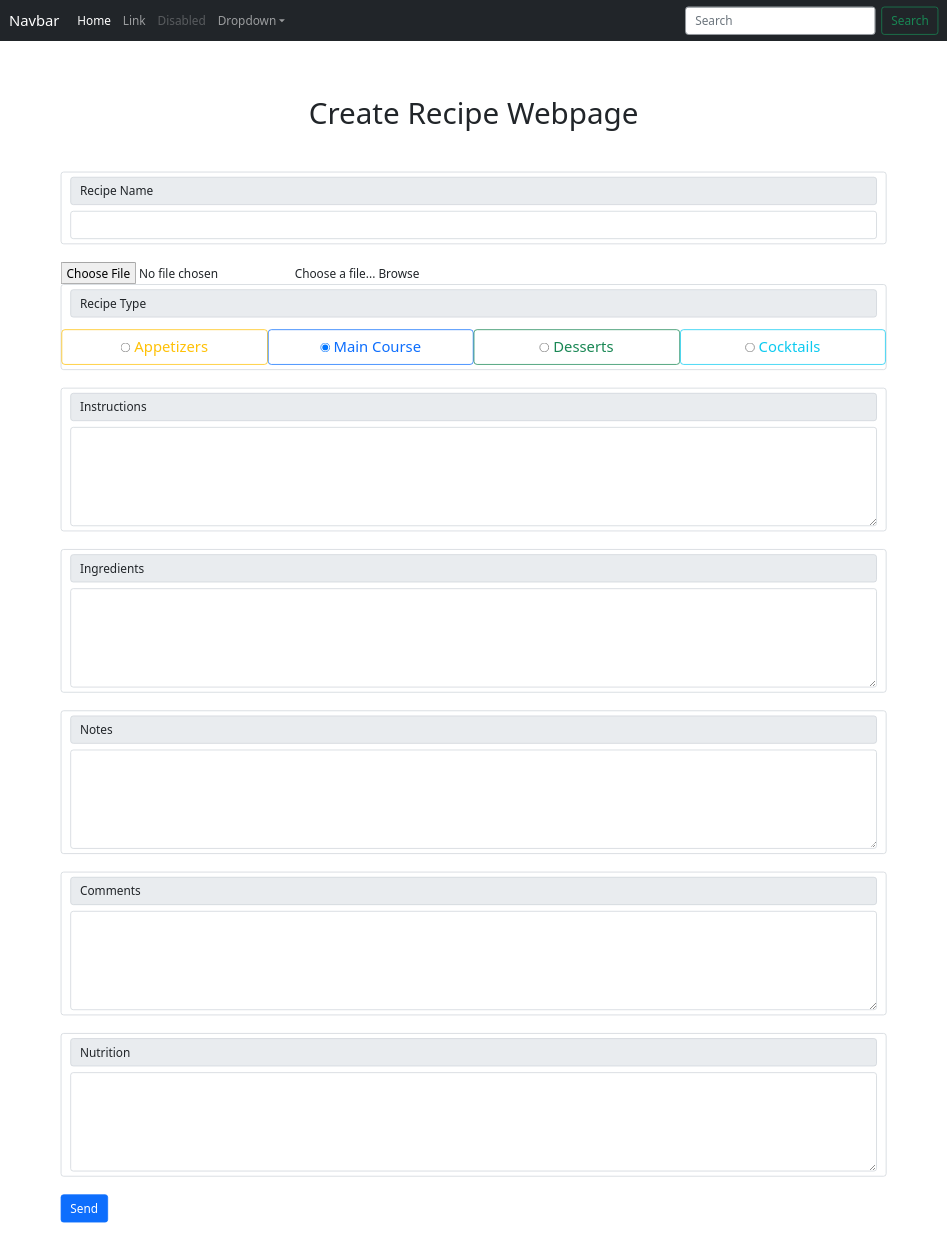
Repository: jerrywthompson/createRecipeWebpageHTML
Page: index.html
An editor plug-in stored every save of this project. The page is shown before and after the next save, followed by the edit.
The browser window is 1280 px wide. The pictures show the whole page, at 74% of full size.

Above is the page before, as saved 2021-02-25 15:37:01.

### index.html
<!doctype html>
<html lang="en">
    <head>
        <meta charset="utf-8">
        <meta name="viewport" content="width=device-width, initial-scale=1">
        <meta name="description" content="">
        <meta name="author" content="Mark Otto, Jacob Thornton, and Bootstrap contributors">
        <meta name="generator" content="Hugo 0.80.0">
        <title>Create Recipe Webpage</title>

        <link rel="stylesheet" href="css/main.css"/>
        <!-- Bootstrap core CSS -->
        <link rel="stylesheet" href="css/bootstrap5/css/bootstrap.min.css" >
        <!-- <link rel="stylesheet" href="css/bootstrap-4.5.3/css/bootstrap.min.css"> -->

        <style>
            .bd-placeholder-img {
                font-size: 1.125rem;
                text-anchor: middle;
                -webkit-user-select: none;
                -moz-user-select: none;
                user-select: none;
            }

            @media (min-width: 768px) {
                .bd-placeholder-img-lg {
                    font-size: 3.5rem;
                }
            }
        </style>

    </head>
    <body>

        <nav class="navbar navbar-expand-md navbar-dark bg-dark fixed-top">
            <div class="container-fluid">
                <a class="navbar-brand" href="#">Navbar</a>
                <button class="navbar-toggler" type="button" data-bs-toggle="collapse" data-bs-target="#navbarsExampleDefault" aria-controls="navbarsExampleDefault" aria-expanded="false" aria-label="Toggle navigation">
                    <span class="navbar-toggler-icon"></span>
                </button>

                <div class="collapse navbar-collapse" id="navbarsExampleDefault">
                    <ul class="navbar-nav me-auto mb-2 mb-md-0">
                        <li class="nav-item">
                            <a class="nav-link active" aria-current="page" href="#">Home</a>
                        </li>
                        <li class="nav-item">
                            <a class="nav-link" href="#">Link</a>
                        </li>
                        <li class="nav-item">
                            <a class="nav-link disabled" href="#" tabindex="-1" aria-disabled="true">Disabled</a>
                        </li>
                        <li class="nav-item dropdown">
                            <a class="nav-link dropdown-toggle" href="#" id="dropdown01" data-bs-toggle="dropdown" aria-expanded="false">Dropdown</a>
                            <ul class="dropdown-menu" aria-labelledby="dropdown01">
                                <li><a class="dropdown-item" href="#">Action</a></li>
                                <li><a class="dropdown-item" href="#">Another action</a></li>
                                <li><a class="dropdown-item" href="#">Something else here</a></li>
                            </ul>
                        </li>
                    </ul>
                    <form class="d-flex">
                        <input class="form-control me-2" type="search" placeholder="Search" aria-label="Search">
                        <button class="btn btn-outline-success" type="submit">Search</button>
                    </form>
                </div>
            </div>
        </nav>
        <div class="starter-template text-center py-5 px-3">
            <h1>Create Recipe Webpage</h1>
        </div>
        <main class="container">
            <div class="input-section">
                <fieldset class="form-group">

                    <form action="main.php" method="post">
                        <div class="form-control mb-4">
                            <div class="input-group-prepend mb-2">
                                <span class="input-group-text" id="inputGroup-sizing-default">Recipe Name</span>
                            </div>
                            <input type="text" name="recipeName" class="form-control" aria-label="Default" aria-describedby="inputGroup-sizing-default">
                        </div>

                        <div class="form-file">
                            <input type="file" class="form-file-input" id="customFile">
                            <label class="form-file-label" for="customFile">
                              <span class="form-file-text">Choose a file...</span>
                              <span class="form-file-button">Browse</span>
                            </label>
                        </div>


                        <div class="form-control mb-4">
                            <div class="input-group-prepend mb-3">
                                <span class="input-group-text" id="inputGroup-sizing-default">Recipe Type</span>
                            </div>
                            <div class="btn-toolbar row ml-2">
                                <label class="btn btn-outline-warning btn-lg col-lg-3">
                                    <input type="radio" name="recipeType" id="appetizers" value="appetizers" autocomplete="off" > Appetizers
                                </label>
                                <label class="btn btn-outline-primary btn-lg col-lg-3">
                                    <input type="radio" name="recipeType" id="main_course" value="main_course" autocomplete="off" checked> Main Course
                                </label>
                                <label class="btn btn-outline-success btn-lg col-lg-3">
                                    <input type="radio" name="recipeType" id="desserts" value="desserts" autocomplete="off"> Desserts
                                </label>
                                <label class="btn btn-outline-info btn-lg col-lg-3">
                                    <input type="radio" name="recipeType" id="cocktails" value="cocktails" autocomplete="off"> Cocktails
                                </label>
                            </div>
                        </div>
                        <div class="form-control mb-4">
                            <div class="input-group-prepend mb-2">
                                <span class="input-group-text">Instructions</span>
                            </div>
                            <textarea class="form-control" name="instructions" id="instructions" rows="5"></textarea>
                        </div>
                        <div class="form-control mb-4">
                            <div class="input-group-prepend mb-2">
                                <span class="input-group-text">Ingredients</span>
                            </div>
                            <textarea class="form-control" name="ingredients" id="ingredients" rows="5"></textarea>
                        </div>

                        <div class="form-control mb-4">
                            <div class="input-group-prepend mb-2">
                                <span class="input-group-text">Notes</span>
                            </div>
                            <textarea class="form-control" name="notes" id="notes" rows="5"></textarea>
                        </div>

                        <div class="form-control mb-4">
                            <div class="input-group-prepend mb-2">
                                <span class="input-group-text">Comments</span>
                            </div>
                            <textarea class="form-control" name="comments" id="comments" rows="5"></textarea>
                        </div>

                        <div class="form-control mb-4">
                            <div class="input-group-prepend mb-2">
                                <span class="input-group-text">Nutrition</span>
                            </div>
                            <textarea class="form-control" name="nutrition" id="nutrition" rows="5"></textarea>
                        </div>


                        <!-- Submit button -->
                        <button type="submit" class="btn btn-primary btn-block mb-4">Send</button>
                    </form>

                </fieldset>

                </body>
                </html>

Loaded but not shown: css/main.css (common file); css/bootstrap5/css/bootstrap.min.css (library)

After the next save:
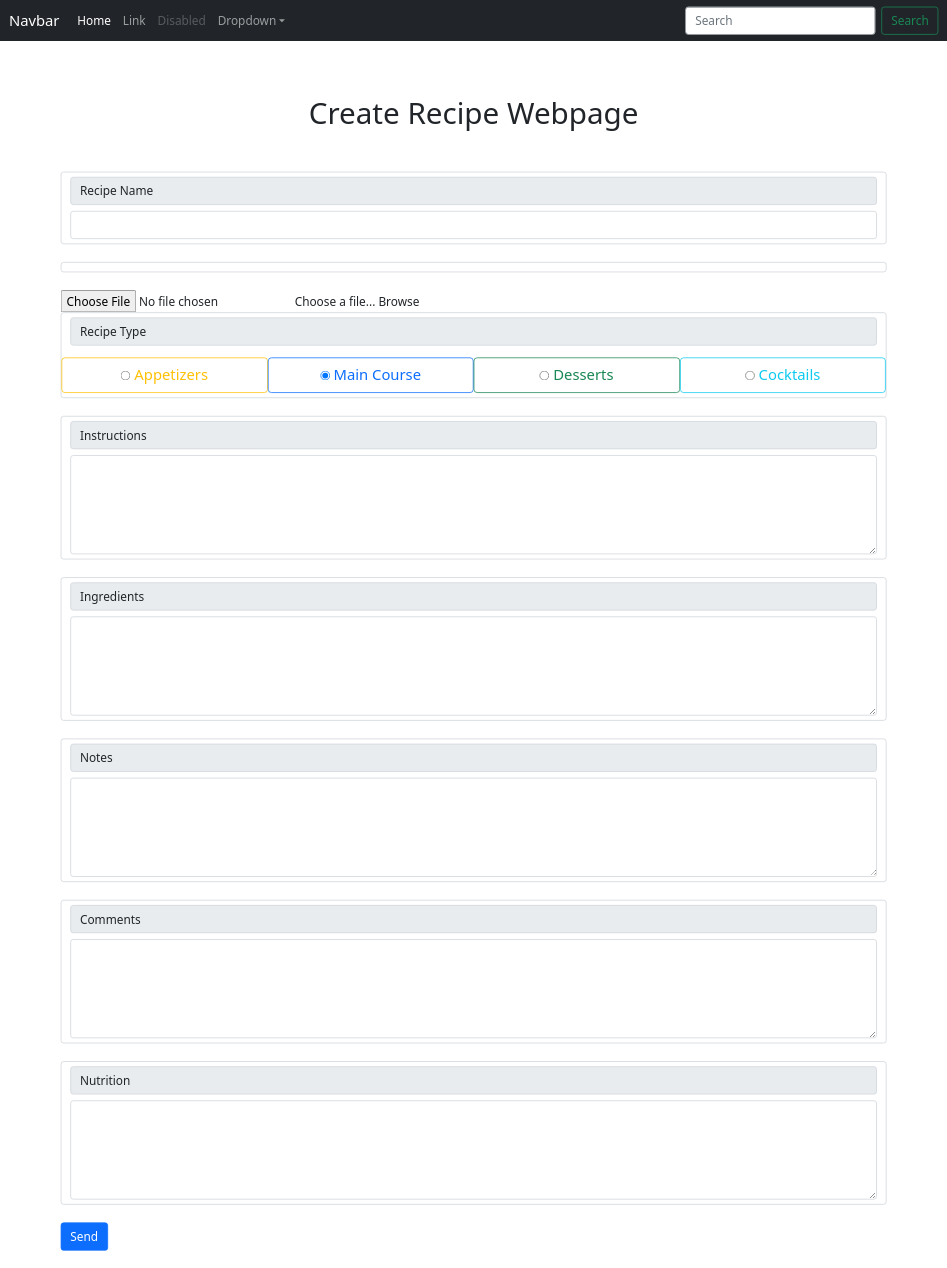
Saved 108 s later.
--- a/index.html
+++ b/index.html
@@ -81,6 +81,7 @@
                             <input type="text" name="recipeName" class="form-control" aria-label="Default" aria-describedby="inputGroup-sizing-default">
                         </div>
 
+                        <div class="form-control mb-4"></div>
                         <div class="form-file">
                             <input type="file" class="form-file-input" id="customFile">
                             <label class="form-file-label" for="customFile">
@@ -88,7 +89,7 @@
                               <span class="form-file-button">Browse</span>
                             </label>
                         </div>
-
+                    </div>
 
                         <div class="form-control mb-4">
                             <div class="input-group-prepend mb-3">
